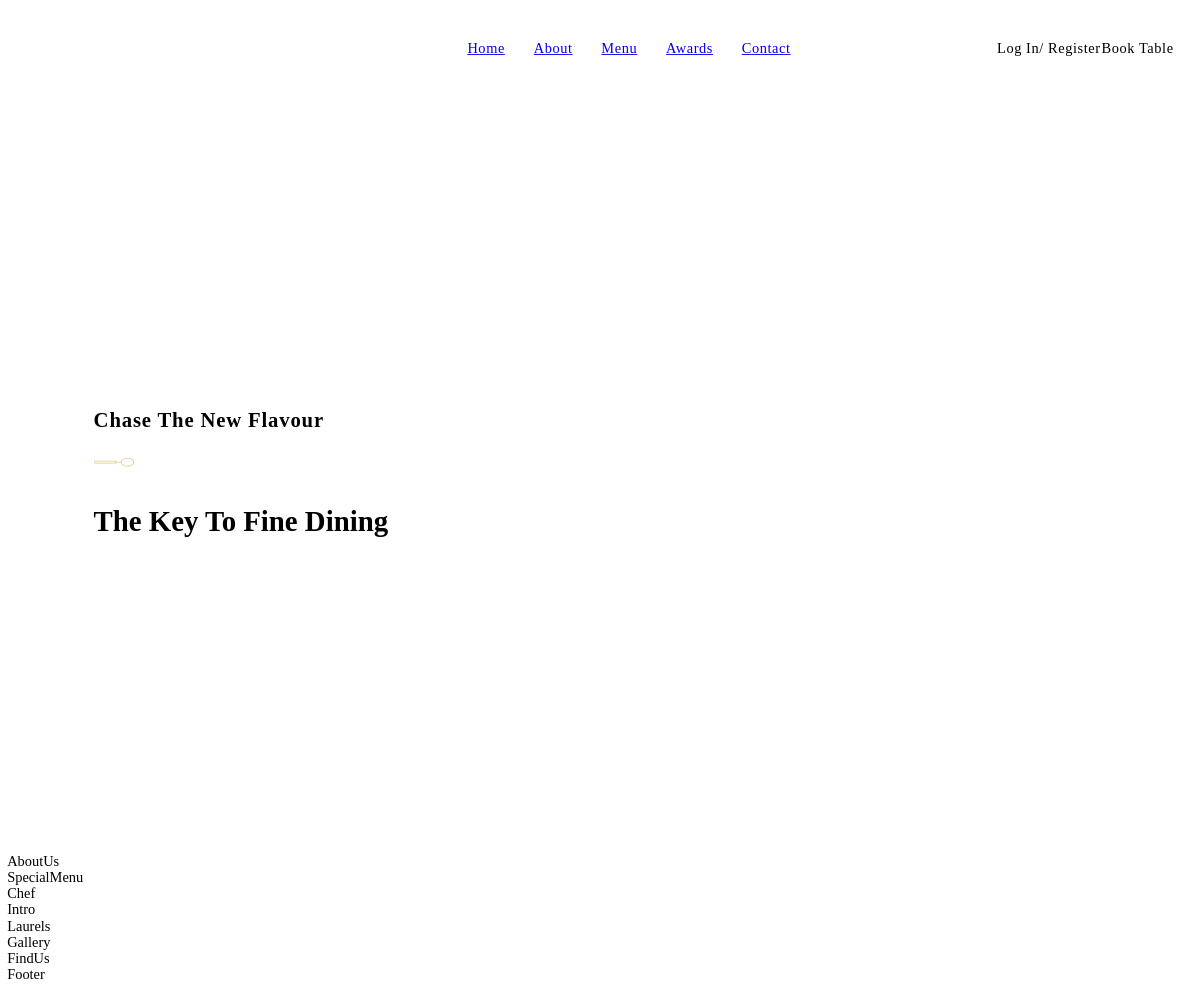
Repository: remydev47/restaurant
Page: /
An editor plug-in stored every save of this project. The page is shown before and after the next save, followed by the edit.
The browser window is 1280 px wide. The page is 1336 px wide, so the pictures cover 1336 px, including what lies to the right of the window. The pictures show the whole page, at 90% of full size.
The project was rebuilt for these pictures with package versions that can differ from the ones it lists, and the page was loaded fresh each time. Also part of the build but not shown: src/container/AboutUs/AboutUs.css, src/container/Chef/Chef.css, src/components/Footer/Newsletter.jsx, src/components/Footer/FooterOverlay.jsx, src/components/Menuitem/MenuItem.css, src/components/Menuitem/MenuItem.jsx, src/container/Menu/SpecialMenu.css. Imported but missing from the stored project, and not drawn on this page: src/assets/meal.mp4.

Above is the page before, as saved 2022-03-15 11:04:37.

After the next save:
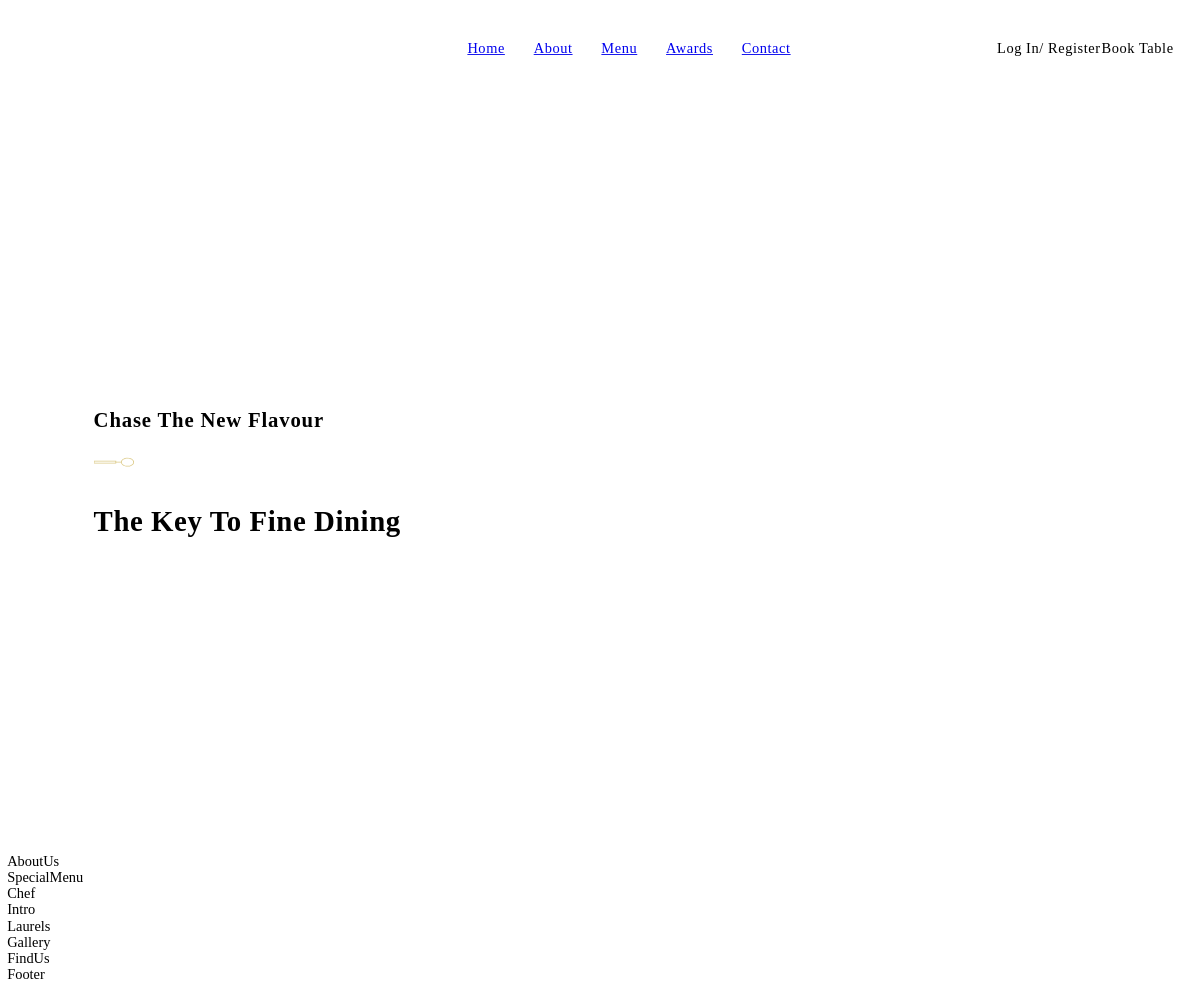
Saved 113 min 18 s later.
--- a/src/container/Header/Header.css
+++ b/src/container/Header/Header.css
@@ -5,4 +5,5 @@
 .app__header-h1 {
     font-family: var(--font-base);
     color: var(--color-golden);
+    letter-spacing: 0.04rem;
 }
